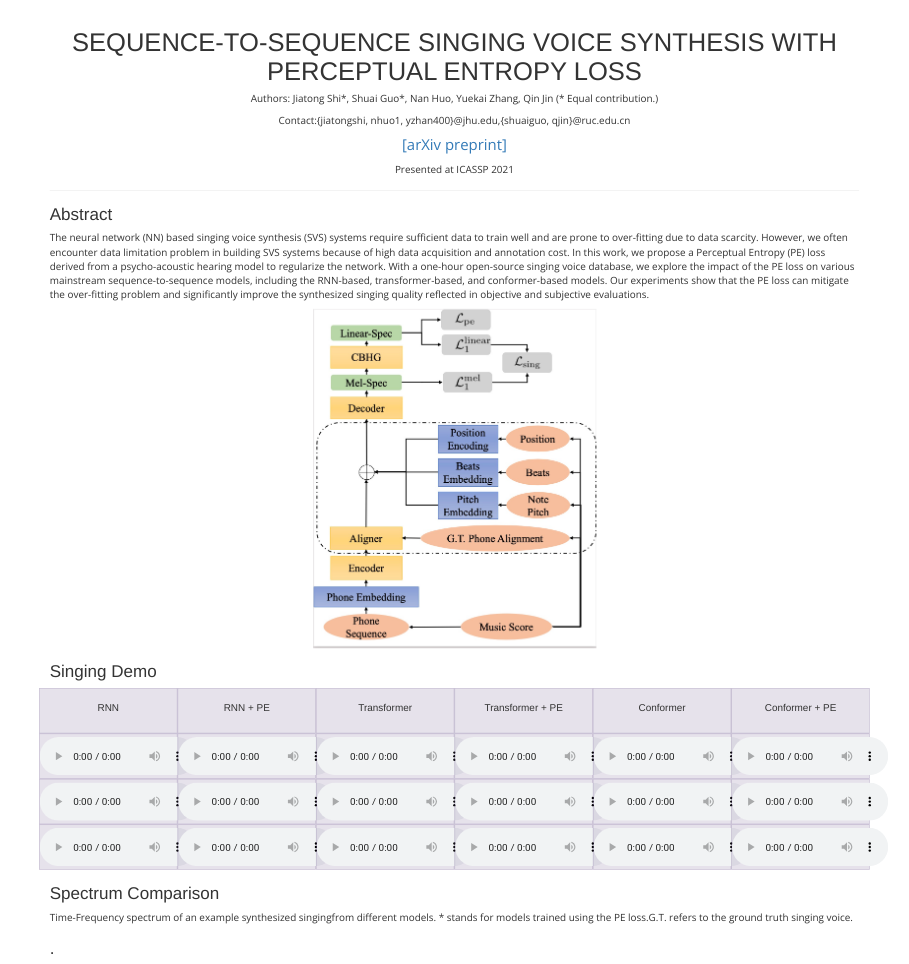
Repository: PeterGuoRuc/SVS_pe.github.io
Page: index.html
These files come from the project's save history. The page is drawn as it stood at one moment and after the next save; the edit follows.
The browser window is 1280 px wide. The pictures show the whole page, at 71% of full size.

Above is the page before, as saved 2021-06-06 17:15:46.

After the next save:
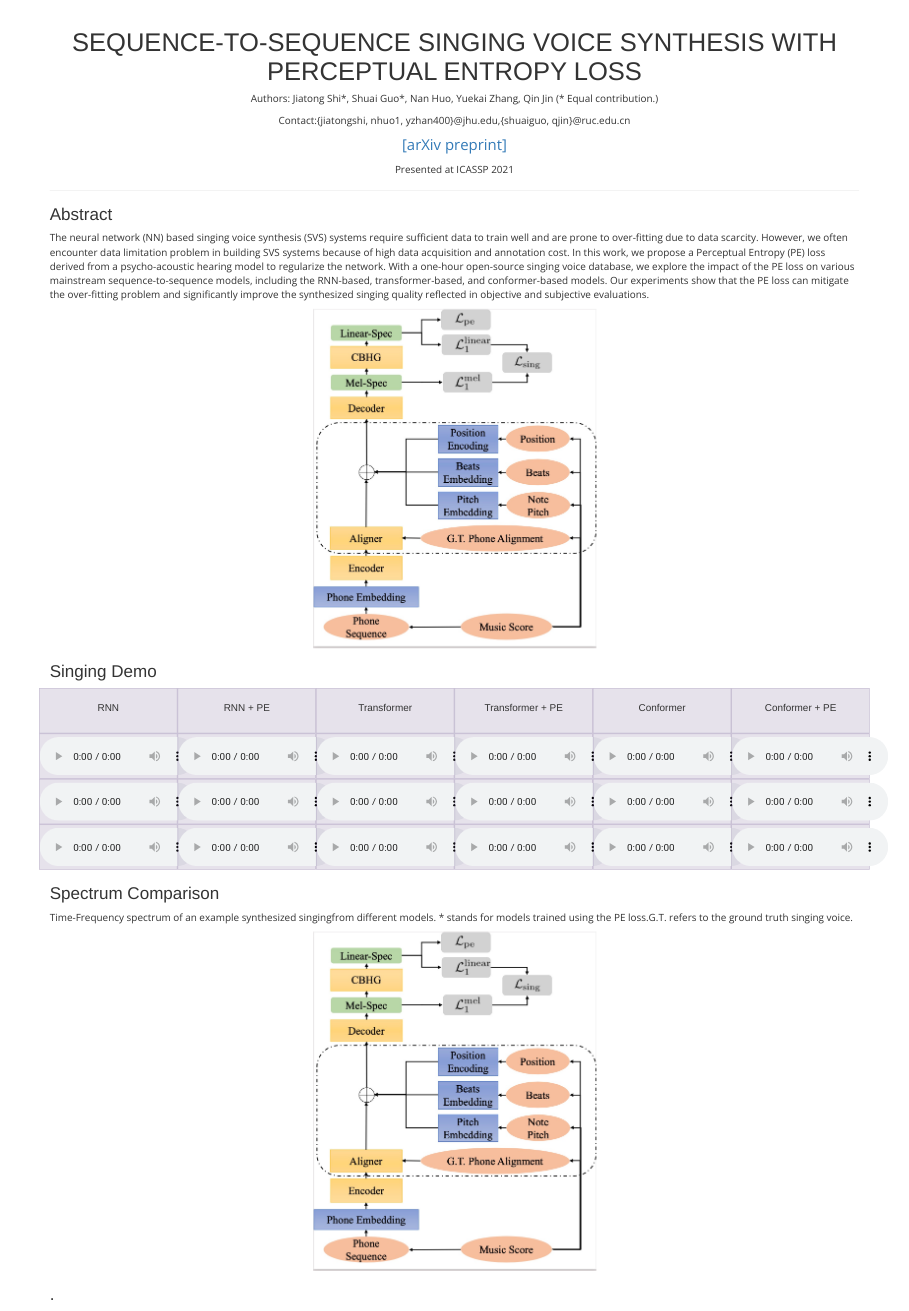
Saved 2 h 37 min later.
--- a/index.html
+++ b/index.html
@@ -102,6 +102,7 @@
       <p>Time-Frequency spectrum of an example synthesized singingfrom different models.
         * stands for models trained using the PE loss.G.T. refers to the ground truth singing voice.
       </p>
+      <center><img src="images/svs_model.jpg" height="35%" width="35%"></center>
 
       <h3>.</h3>
 
